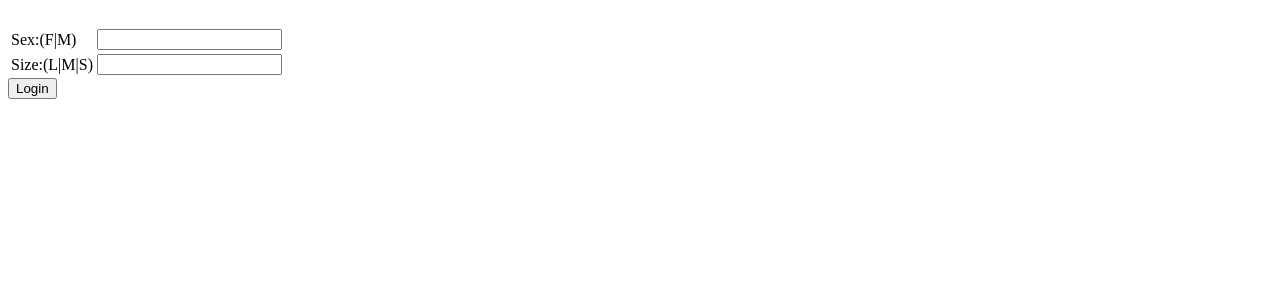
Repository: Kevin-Zhang-0/cs336Project
Page: http://localhost/cs336Sample/shirt.jsp
These files come from the project's save history. The page is drawn as it stood at one moment and after the next save; the edit follows.
The browser window is 1280 px wide. The pictures show the whole page.
The page is served by Tomcat 9.

Above is the page before, as saved 2022-05-04 03:18:29.

After the next save:
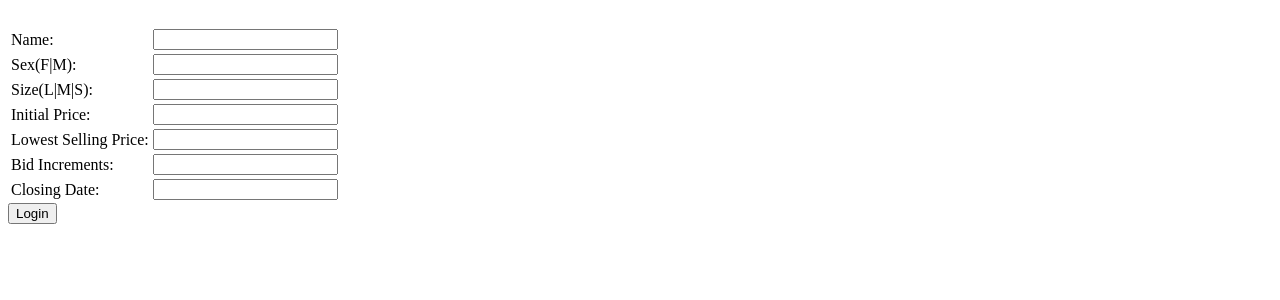
Saved 52 s later.
--- a/cs336Sample/src/main/webapp/shirt.jsp
+++ b/cs336Sample/src/main/webapp/shirt.jsp
@@ -17,11 +17,29 @@
 		<form method="post" action="loginLogic.jsp">
 			<table>
 				<tr>
-					<td>Sex:(F|M)</td><td><input type="text" name="sex"></td>
+					<td>Name:</td><td><input type="text" name="name"></td>
+				</tr>
+
+				<tr>
+					<td>Sex(F|M):</td><td><input type="text" name="sex"></td>
 				</tr>
 				<tr>
-					<td>Size:(L|M|S)</td><td><input type="text" name="size"></td>
+					<td>Size(L|M|S):</td><td><input type="text" name="size"></td>
 				</tr>
+				<tr>
+					<td>Initial Price:</td><td><input type="text" name="initial_price"></td>
+				</tr>
+				<tr>
+					<td>Lowest Selling Price:</td><td><input type="text" name="lowest_selling_price"></td>
+				</tr>
+				<tr>
+					<td>Bid Increments:</td><td><input type="text" name="bid_increments"></td>
+				</tr>
+				<tr>
+					<td>Closing Date:</td><td><input type="text" name="closing_date"></td>
+				</tr>
+
+
 			</table>
 			<input type="submit" value="Login">
 		</form>
